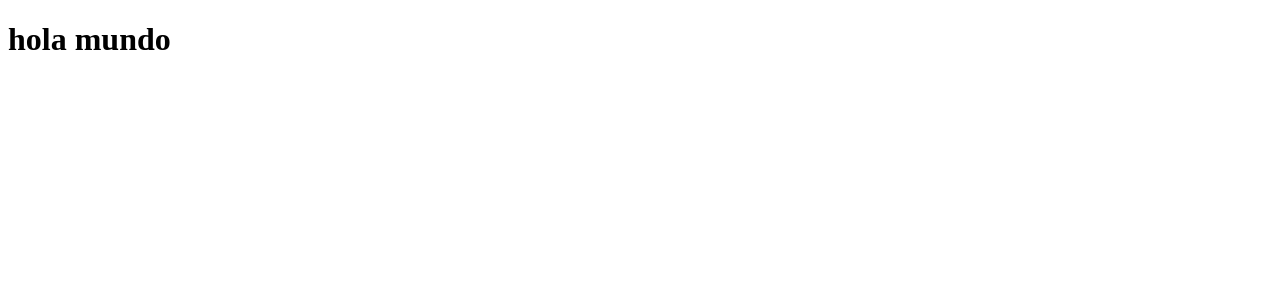
Repository: GersonChacon10/github_practica
Page: index.html
An editor plug-in stored every save of this project. The page is shown before and after the next save, followed by the edit.
The browser window is 1280 px wide. The pictures show the whole page.

Above is the page before, as saved 2022-11-09 16:13:48.

### index.html
<!DOCTYPE html>
<html lang="en">
<head>
    <meta charset="UTF-8">
    <meta http-equiv="X-UA-Compatible" content="IE=edge">
    <meta name="viewport" content="width=device-width, initial-scale=1.0">
    <title>Document</title>
</head>
<body>
    <h1>hola mundo </h1>
</body>
</html>

After the next save:
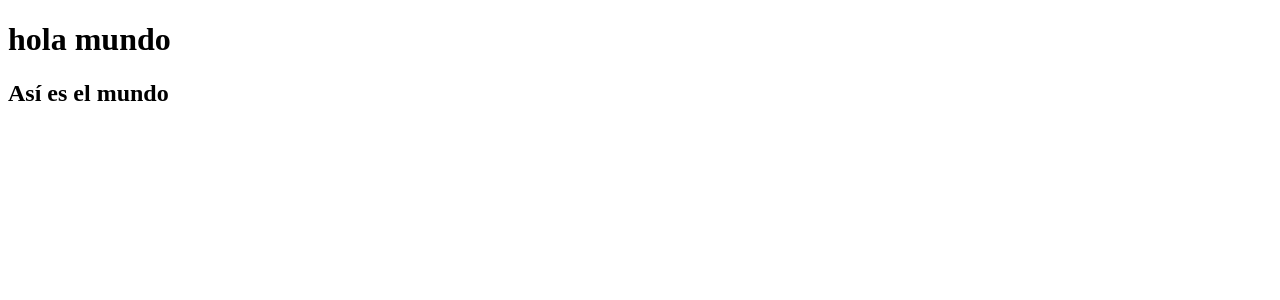
Saved 32 min 47 s later.
--- a/index.html
+++ b/index.html
@@ -8,5 +8,6 @@
 </head>
 <body>
     <h1>hola mundo </h1>
+    <h2>Así es el mundo </h2>
 </body>
 </html>
